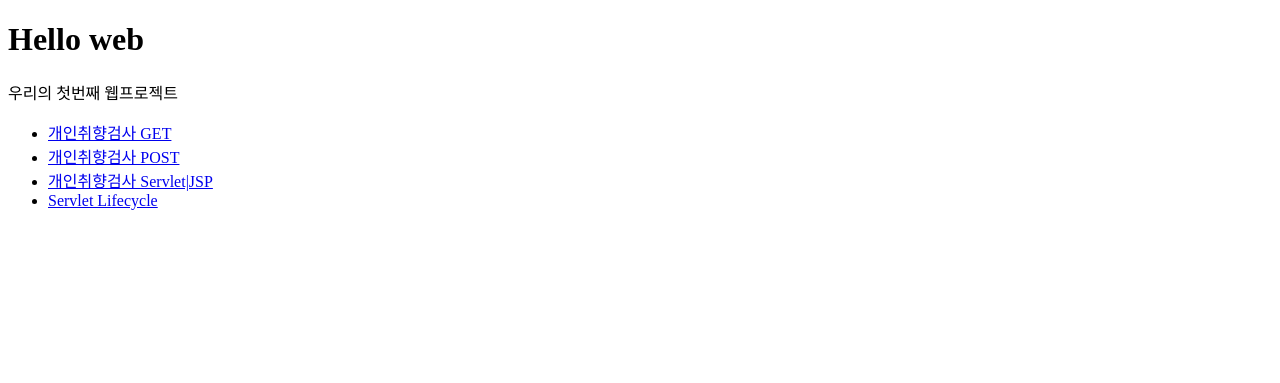
Repository: Sookyeong0505/web_server_workspace
Page: hello-web/src/main/webapp/index.html
An editor plug-in stored every save of this project. The page is shown before and after the next save, followed by the edit.
The browser window is 1280 px wide. The pictures show the whole page.

Above is the page before, as saved 2023-06-20 05:21:25.

After the next save:
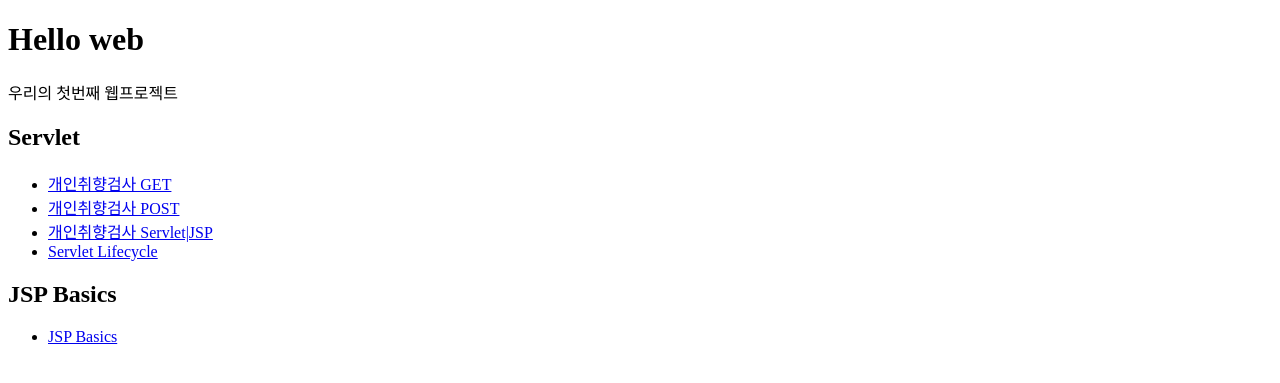
Saved 78 s later.
--- a/hello-web/src/main/webapp/index.html
+++ b/hello-web/src/main/webapp/index.html
@@ -8,11 +8,17 @@
 	<h1>Hello web</h1>
 	<p>우리의 첫번째 웹프로젝트</p>
 
+	<h2>Servlet</h2>
 	<ul>
 		<li><a href="/web/servlet/testPerson1.html">개인취향검사 GET</a></li>
 		<li><a href="/web/servlet/testPerson2.html">개인취향검사 POST</a></li>
 		<li><a href="/web/servlet/testPerson3.html">개인취향검사 Servlet|JSP</a></li>
 		<li><a href="/web/servletLifeCycle.do">Servlet Lifecycle</a></li>
 	</ul>
+
+	<h2>JSP Basics</h2>
+	<ul>
+		<li><a href="/web/jsp/basics.jsp">JSP Basics</a></li>
+	</ul>
 </body>
 </html>
